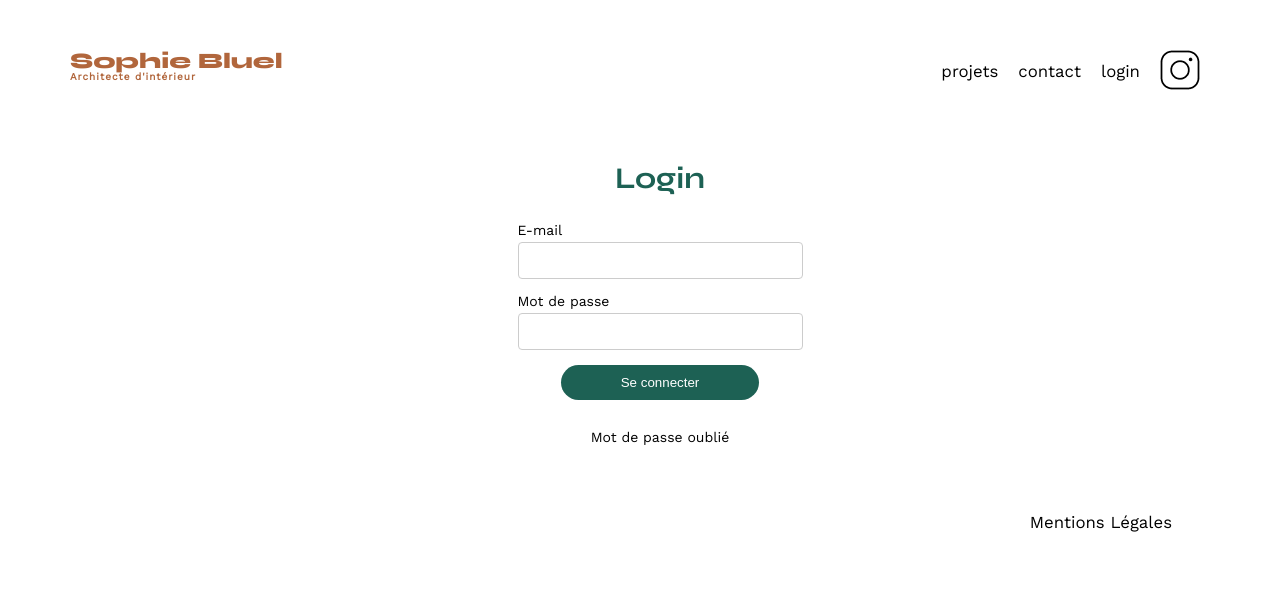
Repository: ByteVoyageur/OC-P6
Page: FrontEnd/assets/pages/login.html
These files come from the project's save history. The page is drawn as it stood at one moment and after the next save; the edit follows.
The browser window is 1280 px wide. The pictures show the whole page.
The page's requests for data from a server got no answer.

Above is the page before, as saved 2023-10-18 12:15:37.

### FrontEnd/assets/pages/login.html
<!DOCTYPE html>
<html lang="fr">

<head>
    <meta charset="UTF-8">
    <title>Sophie Bluel - Architecte d'intérieur</title>
    <meta name="viewport" content="width=device-width, initial-scale=1.0">
    <link rel="preconnect" href="https://fonts.googleapis.com">
    <link rel="preconnect" href="https://fonts.gstatic.com" crossorigin>
    <link href="https://fonts.googleapis.com/css2?family=Syne:wght@700;800&family=Work+Sans&display=swap"
        rel="stylesheet">
    <meta name="description" content="">
    <link rel="stylesheet" href="/FrontEnd/assets/style.css">
    <script src="./assets/js/gallery.js" defer></script>
    <script src="./assets/js/login.js" defer></script>
</head>

<body>
    <div class="wrapper">
        <header>
            <h1>Sophie Bluel <span>Architecte d&apos;intérieur</span></h1>
            <nav>
                <ul>
                    <li>projets</li>
                    <li>contact</li>
                    <li>login</li>
                    <li><img src="/FrontEnd/assets/icons/instagram.png" alt="Instagram"></li>
                </ul>
            </nav>
        </header>
        <main>
            <section id="login-section">
                <div class="login-content">
                    <h2>Login</h2>
                    <form id="login-page-form">
                        <div class="login-field-group">
                            <label for="user-email">E-mail</label>
                            <input type="text" id="user-email" name="username" required>
                        </div>
                        <div class="login-field-group">
                            <label for="user-password">Mot de passe</label>
                            <input type="password" id="user-password" name="password" required>
                        </div>
                        <div class="login-submit-button">
                            <button type="submit">Se connecter</button>
                        </div>
                    </form>
                    <a id="forgot-password-link">Mot de passe oublié</a>
                </div>
            </section>
        </main>
    </div>
    <div class="footer-push"></div>
    <footer>
        <nav>
            <ul>
                <li>Mentions Légales</li>
            </ul>
        </nav>
    </footer>
</body>

### FrontEnd/assets/style.css
/* http://meyerweb.com/eric/tools/css/reset/
   v2.0 | 20110126
   License: none (public domain)
*/

html,
body,
div,
span,
applet,
object,
iframe,
h1,
h2,
h3,
h4,
h5,
h6,
p,
blockquote,
pre,
a,
abbr,
acronym,
address,
big,
cite,
code,
del,
dfn,
em,
img,
ins,
kbd,
q,
s,
samp,
small,
strike,
strong,
sub,
sup,
tt,
var,
b,
u,
i,
center,
dl,
dt,
dd,
ol,
ul,
li,
fieldset,
form,
label,
legend,
table,
caption,
tbody,
tfoot,
thead,
tr,
th,
td,
article,
aside,
canvas,
details,
embed,
figure,
figcaption,
footer,
header,
hgroup,
menu,
nav,
output,
ruby,
section,
summary,
time,
mark,
audio,
video {
  margin: 0;
  padding: 0;
  border: 0;
  font-size: 100%;
  font: inherit;
  vertical-align: baseline;
}
/* HTML5 display-role reset for older browsers */
article,
aside,
details,
figcaption,
figure,
footer,
header,
hgroup,
menu,
nav,
section {
  display: block;
}
body {
  line-height: 1;
}
ol,
ul {
  list-style: none;
}
blockquote,
q {
  quotes: none;
}
blockquote:before,
blockquote:after,
q:before,
q:after {
  content: '';
  content: none;
}
table {
  border-collapse: collapse;
  border-spacing: 0;
}
/** end reset css**/
body {
  max-width: 1140px;
  margin: auto;
  font-family: 'Work Sans';
  font-size: 14px;
}
header {
  display: flex;
  justify-content: space-between;
  margin: 50px 0;
}
section {
  margin: 50px 0;
}

h1 {
  display: flex;
  flex-direction: column;
  font-family: 'Syne';
  font-size: 22px;
  font-weight: 800;
  color: #b1663c;
}

h1 > span {
  font-family: 'Work Sans';
  font-size: 10px;
  letter-spacing: 0.1em;
}

h2 {
  font-family: 'Syne';
  font-weight: 700;
  font-size: 30px;
  color: #1d6154;
}
nav ul {
  display: flex;
  align-items: center;
  list-style-type: none;
}
nav li {
  padding: 0 10px;
  font-size: 1.2em;
}

li:hover {
  color: #b1663c;
}
#introduction {
  display: flex;
  align-items: center;
}
#introduction figure {
  flex: 1;
}
#introduction img {
  display: block;
  margin: auto;
  width: 80%;
}

#introduction article {
  flex: 1;
}
#introduction h2 {
  margin-bottom: 1em;
}

#introduction p {
  margin-bottom: 0.5em;
}
#portfolio h2 {
  text-align: center;
  margin-bottom: 1em;
}

#category-buttons {
  display: flex;
  justify-content: center;
  margin-bottom: 2em;
  gap: 15px;
}

#category-buttons button {
  padding: 10px 20px;
  border: 1px solid #1d6154;
  border-radius: 20px;
  background-color: transparent;
  cursor: pointer;
  transition: background-color 0.3s ease;
  color: #1d6154;
}

#category-buttons button:hover {
  background-color: #1d6154;
  color: white;
}

#category-buttons button.active {
  background-color: #1d6154;
  color: white;
}

.gallery {
  width: 100%;
  display: grid;
  grid-template-columns: 1fr 1fr 1fr;
  grid-column-gap: 20px;
  grid-row-gap: 20px;
}

.gallery img {
  width: 100%;
}

#contact {
  width: 50%;
  margin: auto;
}

#contact > * {
  text-align: center;
}

#contact h2 {
  margin-bottom: 20px;
}

#contact form {
  text-align: left;
  margin-top: 30px;
  display: flex;
  flex-direction: column;
}

#contact input,
#contact textarea {
  border: none;
  box-shadow: 0px 4px 14px rgba(0, 0, 0, 0.09);
}

#contact input {
  height: 50px;
  font-size: 1.2em;
}

#contact label {
  margin: 2em 0 1em 0;
}

input[type='submit'] {
  font-family: 'Syne';
  font-weight: 700;
  color: white;
  background-color: #1d6154;
  margin: 2em auto;
  width: 180px;
  text-align: center;
  border-radius: 60px;
}

footer nav ul {
  display: flex;
  justify-content: flex-end;
  margin: 2em;
}

/* Basic styles for the login section */
#login-section {
  position: relative;
  width: 100%;
  padding: 20px;
}

#login-section .login-content {
  display: flex;
  flex-direction: column;
  align-items: center;
  background-color: #ffffff;
  border-radius: 8px;
}

#login-page-form {
  width: 100%;
  display: flex;
  flex-direction: column;
  align-items: center;
  justify-content: center;
  margin-top: 30px;
}

.login-field-group {
  width: 25%;
  display: flex;
  flex-direction: column;
  margin-bottom: 15px;
  gap: 5px;
}

/* Input fields and button styles */
#login-page-form input {
  padding: 10px;
  border: 1px solid #ccc;
  border-radius: 4px;
}

#login-page-form button {
  padding: 10px 60px;
  background-color: #1d6154;
  color: #ffffff;
  border: none;
  border-radius: 60px;
  cursor: pointer;
  margin-bottom: 30px;
}

### FrontEnd/assets/js/gallery.js
document.addEventListener('DOMContentLoaded', function () {
  const apiEndpoint = 'http://localhost:5678/api/works'
  let data

  fetch(apiEndpoint)
    .then((response) => response.json())
    .then((fetchedData) => {
      data = fetchedData
      displayData(data)

      const buttons = document.querySelectorAll('#category-buttons button')

      buttons.forEach((button) => {
        button.addEventListener('click', () => {
          const category = button.getAttribute('data-category')
          displayData(
            category === 'tous'
              ? data
              : data.filter((item) => item.category.name === category)
          )
        })
      })
    })
    .catch((error) => {
      console.error('Error fetching data:', error)
    })

  function displayData(filteredData) {
    const galleryDiv = document.querySelector('.gallery')
    galleryDiv.innerHTML = ''
    filteredData.forEach((item) => {
      let figure = document.createElement('figure')

      let img = document.createElement('img')
      img.src = item.imageUrl
      img.alt = item.title

      let figcaption = document.createElement('figcaption')
      figcaption.textContent = item.title

      figure.appendChild(img)
      figure.appendChild(figcaption)

      galleryDiv.appendChild(figure)
    })
  }
})

### FrontEnd/assets/js/login.js
document.addEventListener('DOMContentLoaded', function () {
  const forgotPasswordLink = document.getElementById('forgot-password-link')
  forgotPasswordLink.addEventListener('click', function () {
    alert(
      "Veuillez contacter l'administrateur pour réinitialiser votre mot de passe."
    )
  })

  const loginForm = document.getElementById('login-page-form')
  loginForm.addEventListener('submit', function (event) {
    event.preventDefault()

    const userEmail = document.getElementById('user-email').value
    const userPassword = document.getElementById('user-password').value

    if (userEmail === '' || userPassword === '') {
      alert('Veuillez remplir tous les champs.')
      return
    }

    alert('Login effectué avec succès!')
  })
})

After the next save:
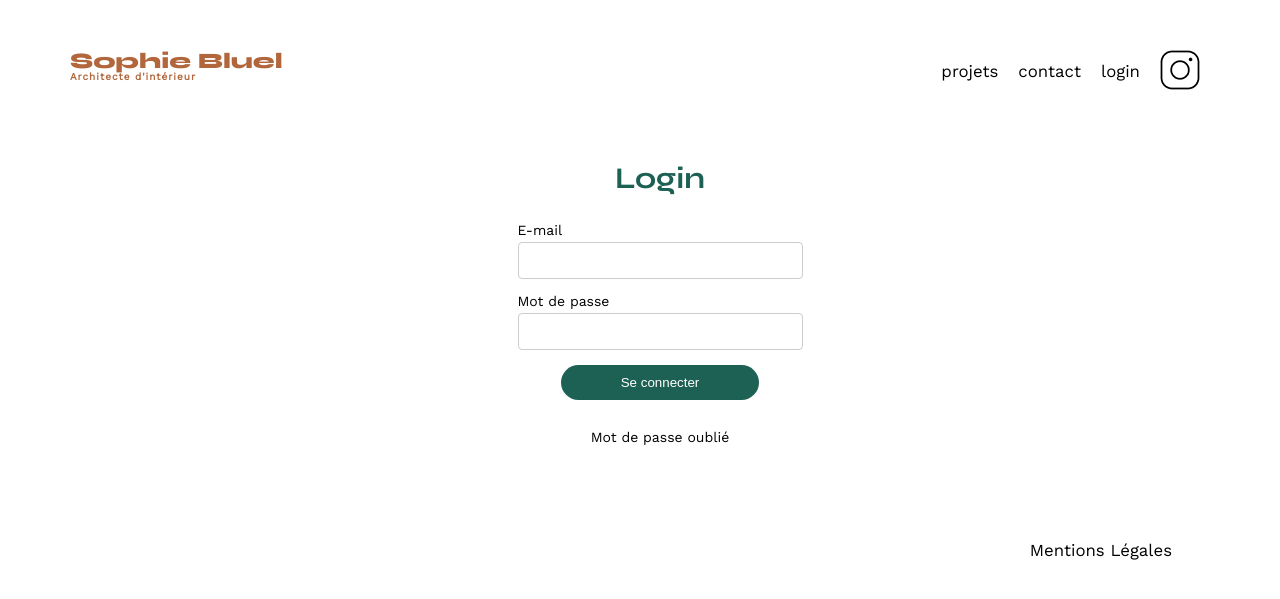
Saved 38 s later.
--- a/FrontEnd/assets/style.css
+++ b/FrontEnd/assets/style.css
@@ -344,3 +344,16 @@ footer nav ul {
   cursor: pointer;
   margin-bottom: 30px;
 }
+
+.wrapper {
+  min-height: 100%; /* This makes sure that it at least spans the height of the viewport */
+  margin-bottom: -50px; /* Equal to footer height */
+}
+
+.footer-push {
+  height: 50px; /* Equal to footer height */
+}
+
+footer {
+  height: 50px; /* Set the height of your footer */
+}
